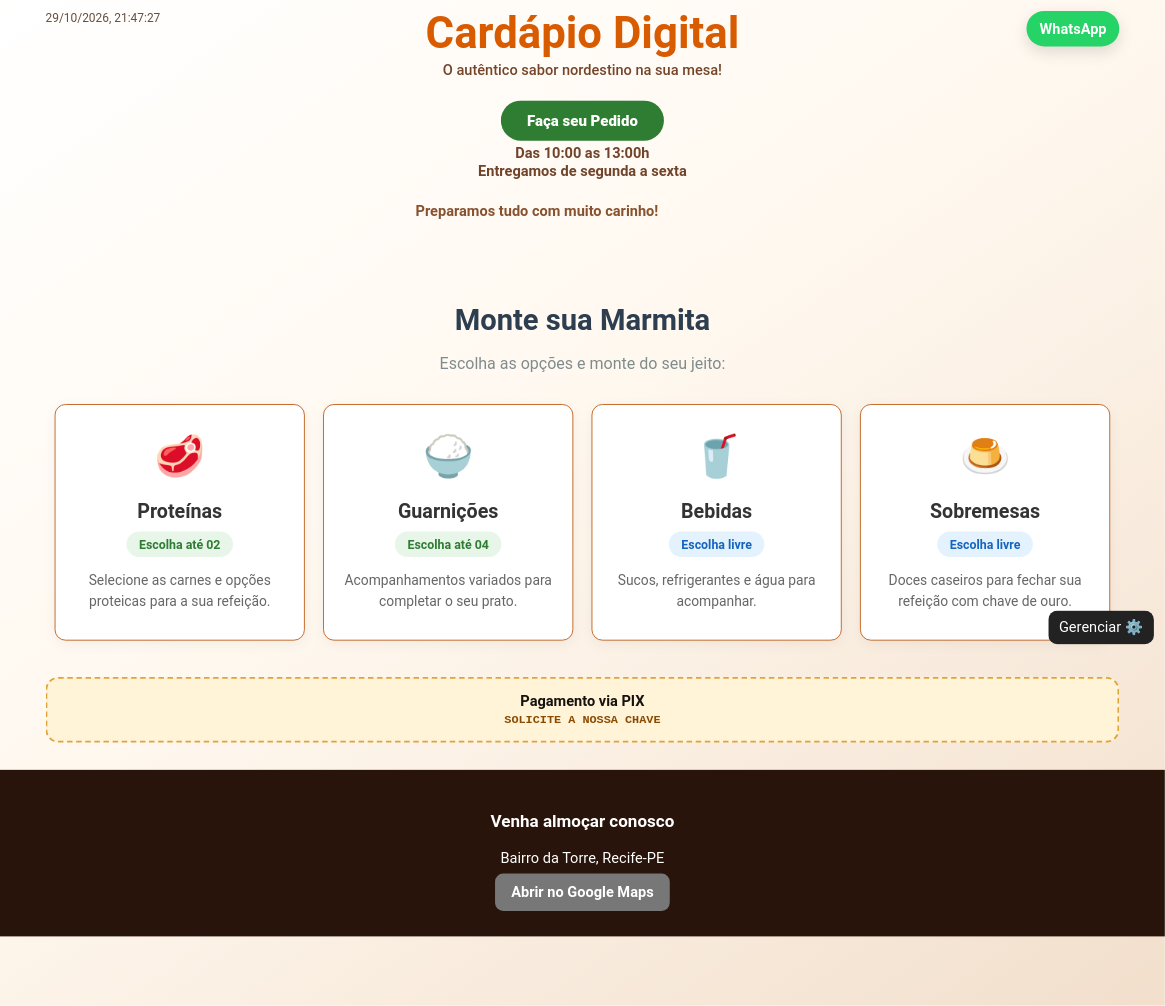
Repository: JeffRodFer/sd-copy-01-frontend
Page: index.html
These files come from the project's save history. The page is drawn as it stood at one moment and after the next save; the edit follows.
The browser window is 1280 px wide. The pictures show the whole page, at 91% of full size.
The page's requests for data from a server got no answer.

Above is the page before, as saved 2026-10-30 11:22:56.

### index.html
<!DOCTYPE html>
<html lang="pt-BR">

<head>
  <meta charset="UTF-8">
  <meta name="viewport" content="width=device-width, initial-scale=1.0">
  <title>Cardápio Digital</title>
  <link rel="stylesheet" href="style.css">
</head>

<body>


  <header class="container">

    <div class="topbar">

      <div id="datetime" class="datetime"></div>


      <div class="brand">

        <h1>
          Cardápio Digital
        </h1>

        <p>
          O autêntico sabor nordestino na sua mesa!
        </p>

      </div>


      <a id="wa-float-link" class="wa-float" href="https://wa.me/5581920036280" target="_blank" rel="noopener">
        WhatsApp
      </a>

    </div>


    <button class="cta" id="openOrder">
      Faça seu Pedido
    </button>


    <div class="notice">
      Das 10:00 as 13:00h <br>
      Entregamos de segunda a sexta
    </div>

  </header>


  <main class="container" id="menu"></main>


  <div class="container note">
    Preparamos tudo com muito carinho!
  </div>

  <section class="menu-categories-section">
  <h2>Monte sua Marmita</h2>
  <p class="subtitle">Escolha as opções e monte do seu jeito:</p>

  <div class="categories-grid">
    <!-- Card Proteínas -->
    <div class="category-card">
      <div class="category-icon">🥩</div>
      <h3>Proteínas</h3>
      <span class="badge-limit">Escolha até 02</span>
      <p>Selecione as carnes e opções proteicas para a sua refeição.</p>
    </div>

    <!-- Card Guarnições -->
    <div class="category-card">
      <div class="category-icon">🍚</div>
      <h3>Guarnições</h3>
      <span class="badge-limit">Escolha até 04</span>
      <p>Acompanhamentos variados para completar o seu prato.</p>
    </div>

    <!-- Card Bebidas -->
    <div class="category-card">
      <div class="category-icon">🥤</div>
      <h3>Bebidas</h3>
      <span class="badge-limit livre">Escolha livre</span>
      <p>Sucos, refrigerantes e água para acompanhar.</p>
    </div>

    <!-- Card Sobremesas -->
    <div class="category-card">
      <div class="category-icon">🍮</div>
      <h3>Sobremesas</h3>
      <span class="badge-limit livre">Escolha livre</span>
      <p>Doces caseiros para fechar sua refeição com chave de ouro.</p>
    </div>
  </div>
</section>


  <div class="container pix">

    <strong>
      Pagamento via PIX
    </strong>

    <br>


    <code>
    SOLICITE A NOSSA CHAVE
  </code>

  </div>


  <footer class="footer">

    <div class="container">

      <h3>
        Venha almoçar conosco
      </h3>

      <div>
        Bairro da Torre, Recife-PE
      </div>


      <a class="maps" href="https://maps.google.com/?q=Rua+Vermelha+02+Torre" target="_blank" rel="noopener">
        Abrir no Google Maps
      </a>


    </div>

  </footer>


  <button class="manage" id="openAdmin">
    Gerenciar ⚙️
  </button>
  <br>
  <br>
  <br>
  <br>

  <!-- =====================================================
     MODAL DO PEDIDO
     ===================================================== -->

  <div class="overlay hidden" id="orderOverlay">

    <div class="modal">


      <!-- PASSO 1 -->

      <div id="orderStep1" class="step active">

        <h2>
          Faça seu Pedido
        </h2>


        <div id="orderError1" class="error hidden"></div>


        <div class="form-grid">


          <div class="field">

            <label>
              Nome Completo
            </label>

            <input id="customerName" autocomplete="name">

          </div>


          <div class="field">

            <label>
              Telefone
            </label>

            <input id="customerPhone" inputmode="tel" autocomplete="tel" maxlength="15" placeholder="(81) 99999-8888">

          </div>


          <div class="field full">

            <label>
              Endereço de Entrega
            </label>

            <input id="customerAddress" autocomplete="street-address">

          </div>


          <div class="field">

            <label>
              Quantidade de Marmitas
            </label>

            <input id="mealCount" type="number" min="1" max="20" value="1">

          </div>


        </div>


        <div class="delivery">

          <label>

            <input type="radio" name="delivery" value="true" checked>

            Entrega em casa - R$ 5,00

          </label>


          <label>

            <input type="radio" name="delivery" value="false">

            Retirar no Restaurante - R$ 0,00

          </label>

        </div>


        <div class="actions">

          <button class="btn gray" id="closeOrder1">
            Cancelar
          </button>


          <button class="btn green" id="toStep2">
            Continuar
          </button>

        </div>

      </div>


      <!-- PASSO 2 -->

      <div id="orderStep2" class="step">

        <h2>
          Monte suas Marmitas
        </h2>


        <div id="orderError2" class="error hidden"></div>


        <div id="marmitas"></div>


        <div class="actions">

          <button type="button" class="btn gray" id="backStep1">
            Voltar
          </button>


          <button type="button" class="btn green" id="toStep3" onclick="clicarEncerrarPedido(event)">
            Encerrar e seguir
          </button>

        </div>

      </div>


      <!-- PASSO 3 -->
      <div id="orderStep3" class="step">

        <h2>Resumo do Pedido</h2>

        <div id="orderSummary" class="order-text"></div>

        <div id="finalTotal" class="total"></div>

        <div class="actions">
          <button class="btn red" id="cancelFinal">
            Voltar
          </button>

          <button class="btn green" id="sendRestaurant">
            Enviar Pedido ao Restaurante
          </button>
        </div>

      </div>

    </div>

  </div>


  <!-- =====================================================
     MODAL ADMINISTRATIVO
     ===================================================== -->

  <div class="overlay hidden" id="adminOverlay">

    <div class="admin-modal">

      <h2>
        Gerenciar Cardápio
      </h2>


      <div id="adminError" class="error hidden"></div>


      <!-- LOGIN -->

      <div id="adminLogin">

        <div class="field">

          <label>
            Usuário
          </label>

          <input id="adminUser" autocomplete="username" value="admin">

        </div>


        <div class="field" style="margin-top:10px">

          <label>
            Senha
          </label>

          <input id="adminPassword" type="password" autocomplete="current-password">

        </div>


        <div class="actions">

          <button class="btn gray" id="closeAdminLogin">
            Fechar
          </button>


          <button class="btn green" id="adminLoginBtn">
            Entrar
          </button>

        </div>

      </div>


      <!-- PAINEL -->

      <div id="adminPanel" class="hidden">

        <div id="adminItems" class="admin-grid"></div>


        <div class="actions">

          <button class="btn gray" id="adminClose">
            Fechar
          </button>


          <button class="btn green" id="adminSave">
            Salvar alterações
          </button>

        </div>

      </div>

    </div>

  </div>


  <script src="script.js"></script>
</body>

</html>

### style.css
:root {
      --orange: #f57c00;
      --brown: #6d3414;
      --green: #2e7d32;
      --red: #d32f2f;
      --blue: #1976d2;
      --purple: #7b1fa2;
      --cream: #fffaf5;
      --line: #eadfd6;
      --muted: #666;
    }

    * {
      box-sizing: border-box;
    }

    html {
      scroll-behavior: smooth;
    }

    body {
      margin: 0;
      background:
        linear-gradient(145deg,
          #fff 0%,
          #fff8ef 45%,
          #f2dfcc 100%);
      color: #17120e;
      font-family: Roboto, Arial, sans-serif;
      min-height: 100vh;
    }

    button,
    input,
    textarea {
      font: inherit;
    }

    button {
      cursor: pointer;
      border: 0;
    }

    .container {
      width: min(1180px, 94%);
      margin: auto;
    }


    /* HEADER */

    .topbar {
      display: grid;
      grid-template-columns: 1fr auto 1fr;
      align-items: start;
      padding: 12px 0;
      gap: 10px;
    }

    .datetime {
      font-size: .82rem;
      color: #674e3d;
    }

    .brand {
      text-align: center;
    }

    .brand h1 {
      margin: 0;
      color: #d85b00;
      font-size: clamp(1.8rem, 5vw, 3rem);
      line-height: 1.05;
    }

    .brand p {
      margin: 5px 0;
      color: #75452a;
      font-weight: 500;
    }

    .wa-float {
      justify-self: end;
      background: #25d366;
      color: #fff;
      padding: 10px 14px;
      border-radius: 999px;
      text-decoration: none;
      font-weight: 700;
      box-shadow: 0 6px 18px #0002;
    }

    .cta {
      display: block;
      margin: 8px auto 5px;
      background: var(--green);
      color: #fff;
      border-radius: 999px;
      padding: 12px 28px;
      font-weight: 800;
      font-size: 1rem;
      animation: pulse 2s infinite;
    }

    .notice {
      text-align: center;
      color: #70442b;
      font-weight: 700;
      margin-bottom: 18px;
    }

    @keyframes pulse {

      0%,
      100% {
        transform: scale(1);
      }

      50% {
        transform: scale(1.03);
      }
    }


    /* CARDÁPIO */

    .section {
      margin: 20px 0;
    }

    .section h2 {
      margin: 0 0 12px;
      color: var(--brown);
    }

    .grid {
      display: grid;
      grid-template-columns:
        repeat(auto-fit,
          minmax(180px, 1fr));
      gap: 10px;
    }

    .card {
      background: #fff;
      border: 1px solid var(--line);
      border-radius: 14px;
      padding: 14px;
      box-shadow:
        0 3px 12px #5a2a0d12;
    }

    .card strong {
      display: block;
    }

    .unavailable {
      opacity: .52;
    }

    .badge {
      display: inline-block;
      margin-top: 7px;
      font-size: .78rem;
      background: #eee;
      padding: 4px 8px;
      border-radius: 999px;
    }

    .accent-guarnicoes {
      border-top: 5px solid #8b5a2b;
    }

    .accent-proteinas {
      border-top: 5px solid #d32f2f;
    }

    .accent-bebidas {
      border-top: 5px solid #1976d2;
    }

    .accent-sobremesas {
      border-top: 5px solid #7b1fa2;
    }

    .note {
      text-align: center;
      font-weight: 700;
      color: #87522d;
      margin: 25px 0;
    }

    .pix {
      background: #fff3d8;
      border: 2px dashed #e0a33b;
      border-radius: 14px;
      padding: 15px;
      text-align: center;
    }

    .pix code {
      font-weight: 800;
      color: #8b4a00;
      word-break: break-all;
    }


    /* FOOTER */

    .footer {
      margin-top: 30px;
      background: #29140b;
      color: #fff;
      padding: 28px 0;
      text-align: center;
    }

    .maps {
      display: inline-block;
      background: #777;
      color: #fff;
      padding: 11px 18px;
      border-radius: 9px;
      text-decoration: none;
      font-weight: 700;
      margin-top: 8px;
    }

    .manage {
      position: fixed;
      right: 12px;
      bottom: 12px;
      background: #222;
      color: #fff;
      padding: 9px 12px;
      border-radius: 10px;
      z-index: 20;
    }


    /* MODAIS */

    .overlay {
      position: fixed;
      inset: 0;
      background: #0009;
      display: flex;
      align-items: center;
      justify-content: center;
      padding: 12px;
      z-index: 100;
    }

    .hidden {
      display: none !important;
    }

    .modal {
      background: #fff;
      width: min(1050px, 100%);
      max-height: 94vh;
      overflow: auto;
      border-radius: 18px;
      box-shadow: 0 20px 70px #0007;
      padding: 22px;
    }

    .modal h2 {
      color: var(--brown);
      margin: 0 0 18px;
    }

    .step {
      display: none;
    }

    /* =====================================================
ESTILOS DA SEÇÃO DE CATEGORIAS (PÁGINA PRINCIPAL)
===================================================== */
.menu-categories-section {
  padding: 40px 20px;
  text-align: center;
  max-width: 1200px;
  margin: 0 auto;
}

.menu-categories-section h2 {
  font-size: 2rem;
  color: #2c3e50;
  margin-bottom: 8px;
  font-weight: 700;
}

.menu-categories-section .subtitle {
  color: #7f8c8d;
  margin-bottom: 35px;
  font-size: 1.1rem;
}

.categories-grid {
  display: grid;
  grid-template-columns: repeat(auto-fit, minmax(250px, 1fr));
  gap: 20px;
  justify-content: center;
}

.category-card {
  background: #ffffff;
  border-radius: 12px;
  padding: 30px 20px;
  box-shadow: 0 4px 15px rgba(0, 0, 0, 0.05);
  transition: transform 0.3s ease, box-shadow 0.3s ease;
  border: 1px solid #c1611d;
  text-align: center;
}

.category-card:hover {
  transform: translateY(-5px);
  box-shadow: 0 8px 25px rgba(233, 83, 46, 0.1);
  border-color: 2px #d85b00;
}

.category-icon {
  font-size: 2.8rem;
  margin-bottom: 15px;
}

.category-card h3 {
  font-size: 1.35rem;
  color: #333333;
  margin-bottom: 10px;
}

.badge-limit {
  display: inline-block;
  background-color: #e8f5e9;
  color: #2e7d32;
  font-weight: 600;
  font-size: 0.85rem;
  padding: 6px 14px;
  border-radius: 20px;
  margin-bottom: 15px;
}

.badge-limit.livre {
  background-color: #e3f2fd;
  color: #1565c0;
}

.category-card p {
  color: #666666;
  font-size: 0.95rem;
  line-height: 1.5;
  margin: 0;
  border-radius: 2px #8b4a00;
}

    .step.active {
      display: block;
    }


    /* FORMULÁRIO */

    .form-grid {
      display: grid;
      grid-template-columns: 1fr;
      gap: 12px;
    }

    .field label {
      display: block;
      font-weight: 700;
      margin-bottom: 5px;
    }

    .field input,
    .field textarea,
    .field select {
      width: 100%;
      padding: 11px;
      border: 1px solid #cfcfcf;
      border-radius: 10px;
      background: #fff;
    }

    .field textarea {
      min-height: 75px;
      resize: vertical;
    }

    .delivery {
      display: grid;
      gap: 9px;
      margin: 12px 0;
    }

    .delivery label {
      border: 1px solid #ddd;
      border-radius: 10px;
      padding: 12px;
    }


    /* MARMITAS */

    .marmita {
      border: 1px solid #ddd;
      border-radius: 15px;
      padding: 14px;
      margin: 14px 0;
      background: #fff;
    }

    .marmita h3 {
      margin: 0 0 12px;
      color: #7b401f;
    }

    .choice-group {
      margin: 13px 0;
    }

    .choice-group h4 {
      margin: 0 0 8px;
    }

    .choices {
      display: grid;
      grid-template-columns:
        repeat(auto-fit,
          minmax(190px, 1fr));
      gap: 8px;
    }

    .check {
      border: 1px solid #ddd;
      border-radius: 10px;
      padding: 9px;
      background: #fafafa;
    }

    .check input {
      margin-right: 6px;
    }

    .limit {
      font-size: .8rem;
      color: var(--muted);
      margin: 5px 0;
    }


    /*
  IMPORTANTE:
  A linha de quantidade agora é uma GRID
  com nome + preço + menos + quantidade + mais.
  Assim o + nunca cai para a linha de baixo.
*/

    .qty-list {
      display: grid;
      gap: 7px;
    }

    .qty-row {
      display: grid;

      grid-template-columns:
        minmax(0, 1fr) auto auto auto auto;

      align-items: center;

      gap: 8px;

      border: 1px solid #eee;
      border-radius: 11px;
      padding: 8px;

      background: #faf8f6;
    }

    .qty-name {
      min-width: 0;
      font-weight: 700;
      overflow-wrap: anywhere;
    }

    .qty-price {
      font-size: .9rem;
      color: #555;
      white-space: nowrap;
    }

    .qty-btn {
      width: 36px;
      height: 36px;
      border-radius: 9px;
      background: #eee;
      font-weight: 900;
      font-size: 1.1rem;
    }

    .qty-value {
      min-width: 22px;
      text-align: center;
      font-weight: 800;
    }


    /* BOTÕES */

    .actions {
      display: flex;
      gap: 10px;
      justify-content: flex-end;
      flex-wrap: wrap;
      margin-top: 18px;
    }

    .btn {
      padding: 12px 18px;
      border-radius: 10px;
      font-weight: 800;
    }

    .btn.green {
      background: #2e7d32;
      color: #fff;
    }

    .btn.red {
      background: #e57373;
      color: #fff;
    }

    .btn.gray {
      background: #eee;
    }

    .total {
      font-size: 1.2rem;
      text-align: right;
      color: #18752b;
      font-weight: 900;
      margin-top: 14px;
    }

    .error {
      background: #ffe5e5;
      color: #9b1c1c;
      padding: 10px;
      border-radius: 9px;
      margin: 10px 0;
    }

    .order-text {
      background: #f5f5f5;
      padding: 14px;
      border-radius: 12px;
      white-space: pre-wrap;
      font-family: monospace;
      line-height: 1.45;
    }


    /* ADMIN */

    .admin-modal {
      background: #f5f5f5;
      width: min(1100px, 100%);
      max-height: 92vh;
      overflow: auto;
      border-radius: 18px;
      padding: 20px;
    }

    .admin-grid {
      display: grid;
      grid-template-columns: 1fr;
      gap: 16px;
    }

    .admin-section {
      background: #fff;
      padding: 14px;
      border-radius: 14px;
    }

    .admin-item {
      display: flex;
      align-items: center;
      justify-content: space-between;
      gap: 10px;
      padding: 9px 0;
      border-bottom: 1px solid #eee;
    }

    .admin-item:last-child {
      border-bottom: 0;
    }

    .switch {
      position: relative;
      width: 50px;
      height: 28px;
      flex: 0 0 auto;
    }

    .switch input {
      display: none;
    }

    .slider {
      position: absolute;
      inset: 0;
      background: #bbb;
      border-radius: 30px;
    }

    .slider:before {
      content: "";
      position: absolute;
      width: 22px;
      height: 22px;
      left: 3px;
      top: 3px;
      background: #fff;
      border-radius: 50%;
      transition: .2s;
    }

    .switch input:checked+.slider {
      background: #2e7d32;
    }

    .switch input:checked+.slider:before {
      transform: translateX(22px);
    }


    /* RESPONSIVO */

    @media(min-width:700px) {

      .form-grid {
        grid-template-columns:
          1fr 1fr;
      }

      .form-grid .full {
        grid-column: 1/-1;
      }

      .admin-grid {
        grid-template-columns:
          1fr 1fr;
      }

    }


    @media(max-width:600px) {

      .topbar {
        grid-template-columns:
          1fr auto;
      }

      .brand {
        grid-column: 1/-1;
        grid-row: 1;
      }

      .datetime {
        grid-column: 1;
      }

      .wa-float {
        grid-column: 2;
      }

      /*
    Mantém TODOS os controles da bebida
    na mesma linha.
  */

      .qty-row {
        grid-template-columns:
          minmax(0, 1fr) auto auto auto auto;
      }

      .qty-price {
        font-size: .8rem;
      }

      .modal {
        padding: 15px;
      }

      .actions .btn {
        flex: 1 1 100%;
      }

    }

Loaded but not shown: script.js (1589 lines, source omitted)

After the next save:
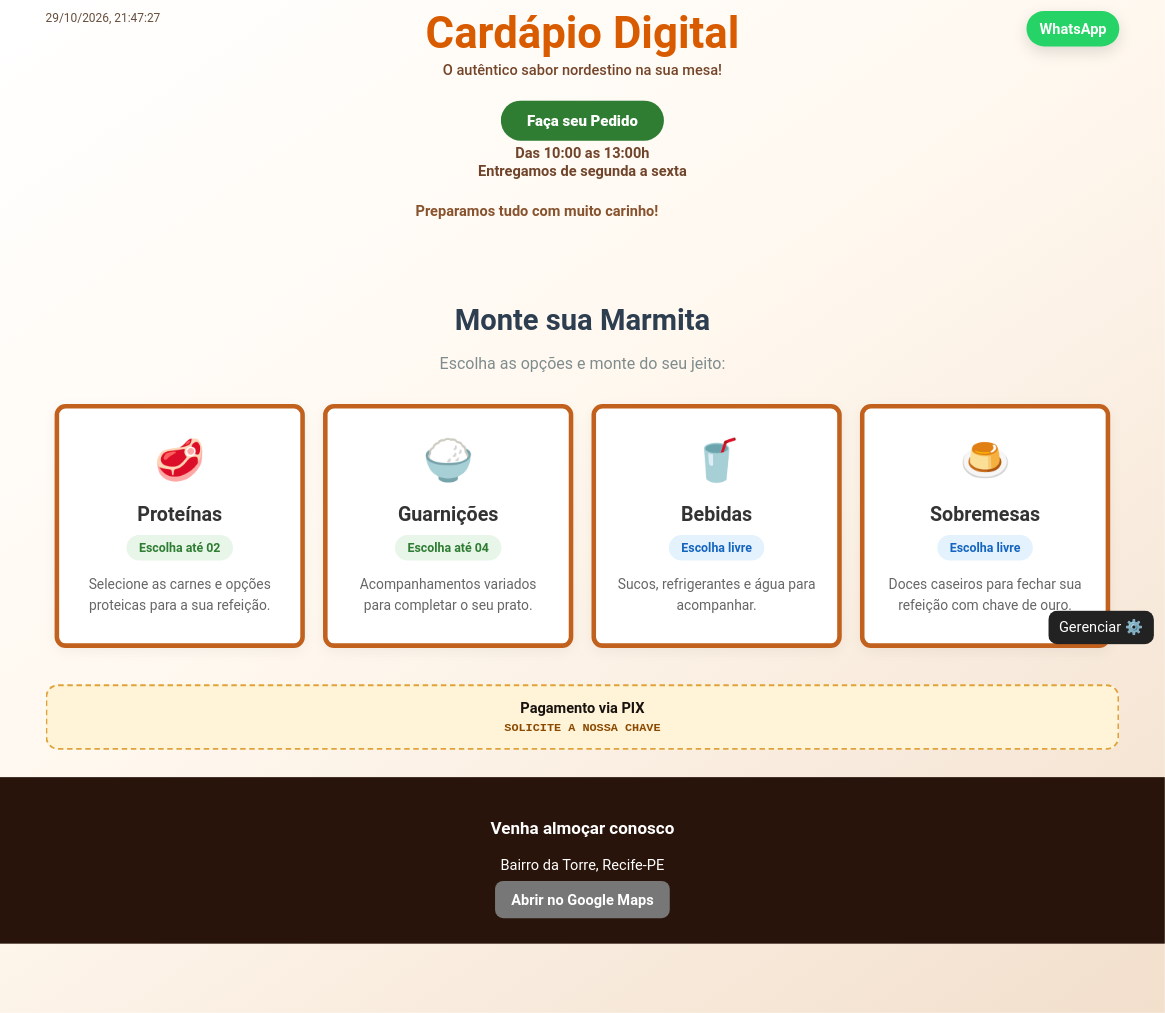
Saved 51 s later.
--- a/style.css
+++ b/style.css
@@ -310,7 +310,7 @@ ESTILOS DA SEÇÃO DE CATEGORIAS (PÁGINA PRINCIPAL)
   padding: 30px 20px;
   box-shadow: 0 4px 15px rgba(0, 0, 0, 0.05);
   transition: transform 0.3s ease, box-shadow 0.3s ease;
-  border: 1px solid #c1611d;
+  border: 5px solid #c1611d;
   text-align: center;
 }
 
